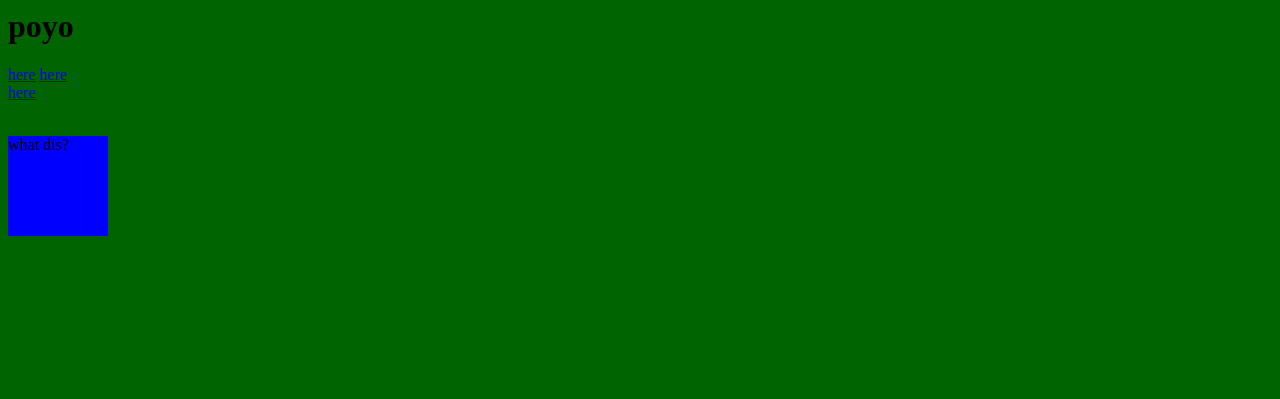
Repository: jessehapuli/jessehapuli.github.io
Page: rocket/idex.html
These files come from the project's save history. The page is drawn as it stood at one moment and after the next save; the edit follows.
The browser window is 1280 px wide. The pictures show the whole page.

Above is the page before, as saved 2024-04-18 12:45:32.

After the next save:
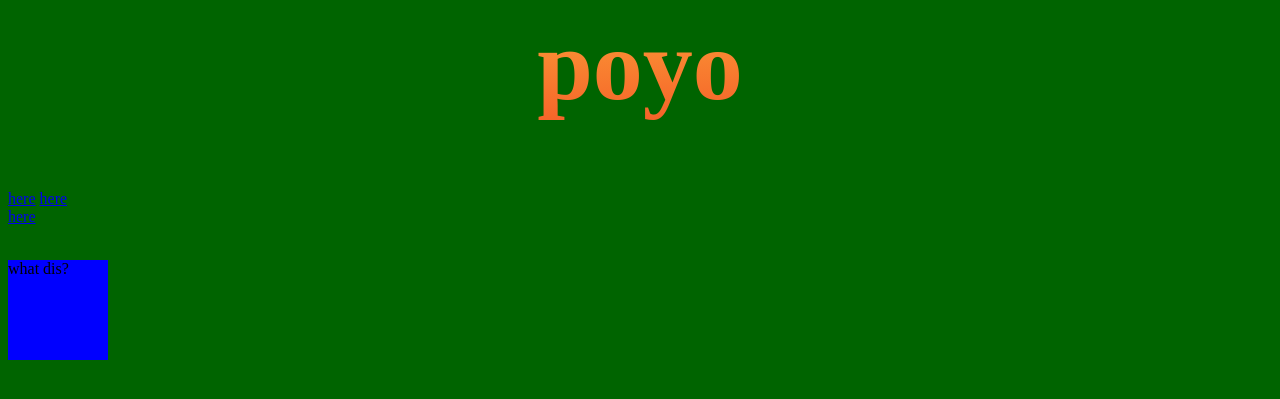
Saved 6 min 33 s later.
--- a/rocket/lmao.css
+++ b/rocket/lmao.css
@@ -12,3 +12,23 @@ body {
 .cool.red {
     background-color: red;
 }
+
+h1 {
+    color: #f35626;
+    background-image: -webkit-linear-gradient(92deg, #f35626, #feab3a);
+    -webkit-background-clip: text;
+    -webkit-text-fill-color: transparent;
+    -webkit-animation: sue 0.5s infinite linear;
+    font-size: 100;
+    text-align: center;
+}
+
+@-webkit-keyframes sue {
+    from {
+      -webkit-filter: hue-rotate(0deg);
+    }
+
+    to {
+      -webkit-filter: hue-rotate(360deg);
+    }
+}
